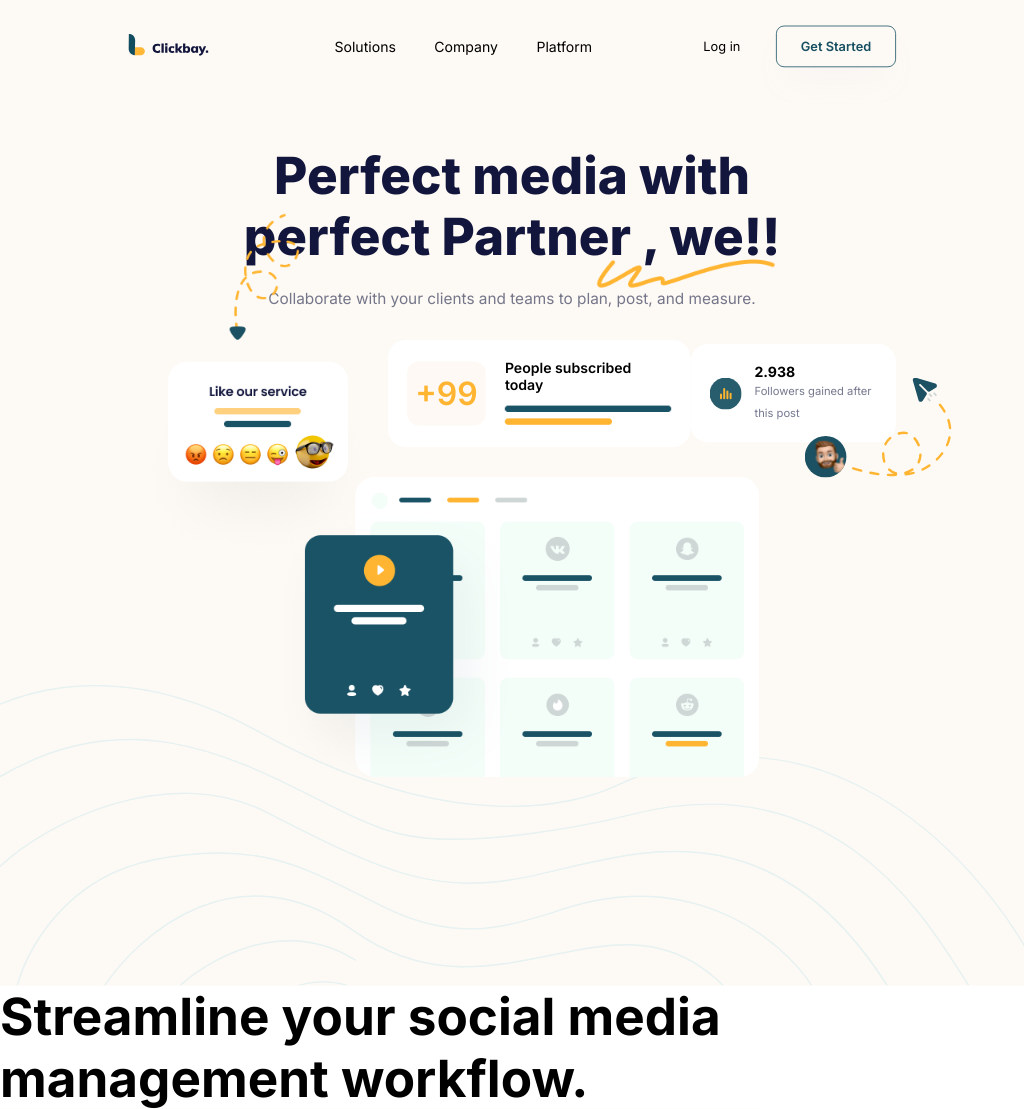
Repository: badhon252/Clickbay
Page: index.html
The author's editor kept a copy of each file at every save. The page is drawn from the files as they stood at one save, then again after the next save.
The browser window is 1280 px wide. The pictures show the whole page, at 80% of full size.
The style sheet was rebuilt from its Sass, Less or Tailwind sources for each picture, by a compiler version that may differ from the author's.

Above is the page before, as saved 2022-09-05 01:25:50.

### index.html
<!DOCTYPE html>
<html lang="en">

<head>
    <meta charset="UTF-8">
    <meta http-equiv="X-UA-Compatible" content="IE=edge">
    <meta name="viewport" content="width=device-width, initial-scale=1.0">
    <link rel="stylesheet" href="./scss/style.css">
    <title>Clickbay</title>
</head>

<body>
    <header class="">
        <img src="./images/Group 676.svg" alt="" class="header-img">
        <div class="container">


            <nav class="navbar">
                <div class="navbar_brand">
                    <img src="./images/logo.svg" alt="Image not found!">
                </div>

                <ul class="nav">
                    <li class="nav-items"><a href="" class="nav-links">Solutions</a></li>
                    <li class="nav-items"><a href="" class="nav-links">Company</a></li>
                    <li class="nav-items"><a href="" class="nav-links">Platform</a></li>
                </ul>

                <div class="nav-btns">
                    <button class="btn nav-log">Log in</button>
                    <button class="btn nav-start">Get Started</button>
                </div>
            </nav>

            <div class="header-content">
                <h1 class="h1 my-4 text-center">
                    Perfect media with <br> perfect Partner , we!!
                </h1>
                <img src="./images/Vector 735.png" alt="" class="signature text-center">
                <p class="text-center">Collaborate with your clients and teams to plan, post, and measure.</p>

                <div class="company-stat">
                    <div class="row">
                        <div class="col-md-4">
                            <img src="./images/Group 689.png" class="" alt="">
                        </div>
                        <div class="col-md-4 subscriber">
                            <span class="">+99</span>
                            <div>
                                <h2>People subscribed today</h2>
                                <img src="./images/Group 678.png" alt="">
                            </div>
                        </div>
                        <div class="col-md-4 follow">
                            <div class="follower">

                                <img src="./images/Group 1037.svg" alt="">
                                <div>
                                    <h3>2.938</h3>
                                    <p>Followers gained after this post</p>
                                </div>
                            </div>
                            <div class="following">
                                <img src="./images/Group 1041.svg" alt="">
                            </div>
                        </div>
                    </div>
                </div>

                <img src="./images/Group 933.png" alt="" class="group-933">

            </div>
        </div>
    </header>

    <section class="second_section">
        <h1 class="h1">
            Streamline your social media management <span> workflow.</span>
        </h1>
    </section>
</body>

</html>

### scss/style.scss
@import url("https://fonts.googleapis.com/css2?family=Inter:wght@400;600;700;800;900&display=swap");
* {
  margin: 0;
  padding: 0;
  box-sizing: border-box;
  font-family: "Inter", sans-serif;
  // font-family: 'Poppins';
}
.container {
  margin: 0 10rem;
}
.btn {
  outline: none;
  border: none;
  padding: 15px 30px;
  font-size: 1rem;
  background-color: transparent;
}
.h1 {
  font-size: 4rem;
}
.text-center {
  text-align: center;
}
// margin
.my-1 {
  margin: 1rem 0;
}
.my-2 {
  margin: 2rem 0;
}
.my-3 {
  margin: 3rem 0;
}
.my-4 {
  margin: 4rem 0;
}
.my-5 {
  margin: 5rem 0;
}

// grid system using flex
.row {
  display: flex;
  justify-content: space-evenly;
  align-items: center;
}
//==============================
//===================
//==============================

header {
  background-color: #fdf9f4;
  min-height: 100vh;
  position: relative;
  overflow: hidden;

  .header-img {
    position: absolute;
    bottom: 0;
    right: 0;
    z-index: 1;
    width: 100%;
  }
  .navbar {
    color: #282b4d;
    padding: 2rem 0;
    display: flex;
    justify-content: space-between;
    align-items: center;
    font-weight: 500;
    .nav {
      display: flex;
      .nav-items {
        margin-left: 3rem;
        list-style-type: none;
        .nav-links {
          text-decoration: none;
          color: black;
          font-size: 1.1rem;
          font-weight: 500;
        }
      }
    }

    .nav-start {
      border: 1px solid #1a5365;
      box-shadow: 0px 25px 35px -20px rgba(232, 236, 243, 0.5);
      border-radius: 10px;
      color: #154f61;
      font-weight: 600;
      margin-left: 10px;
    }
  }

  .header-content {
    .h1 {
      font-weight: 800;
      margin-bottom: -0.6rem;
      color: #12163c;
    }
    .signature {
      display: block;
      margin: 0 auto;
      transform: translateX(217px);
    }
    p {
      font-size: 1.2rem;
      font-weight: 500;
      line-height: 27px;
      color: #12163c94;
    }

    .company-stat {
      transform: translateY(-120px);
      .subscriber {
        display: flex;
        align-items: center;
        background-color: #fff;
        padding: 1.5rem;
        border-radius: 22px;
        span {
          font-weight: 600;
          font-size: 40px;
          line-height: 60px;
          background-color: #fef9f4;
          color: #ffb531;
          padding: 10px;
          border-radius: 15px;
          margin-right: 1.5rem;
        }
        h2 {
          font-size: 1.1rem;
          font-weight: 600;
          padding-bottom: 1rem;
        }
      }

      .follow {
        position: relative;
        z-index: 11;

        .follower {
          display: flex;
          align-items: center;
          background-color: #fff;
          padding: 1.5rem;
          border-radius: 22px;
          img {
            padding-right: 1rem;
          }
          h3 {
            font-size: 1.1rem;
          }
          p {
            font-size: 14px;
          }
        }
        .following {
          position: absolute;
          top: 42px;
          right: -70px;
        }
      }
    }

    .group-933 {
      position: relative;
      margin: 0 auto;
      top: -240px;
      display: block;
      z-index: 9999;
    }
  }
}

After the next save:
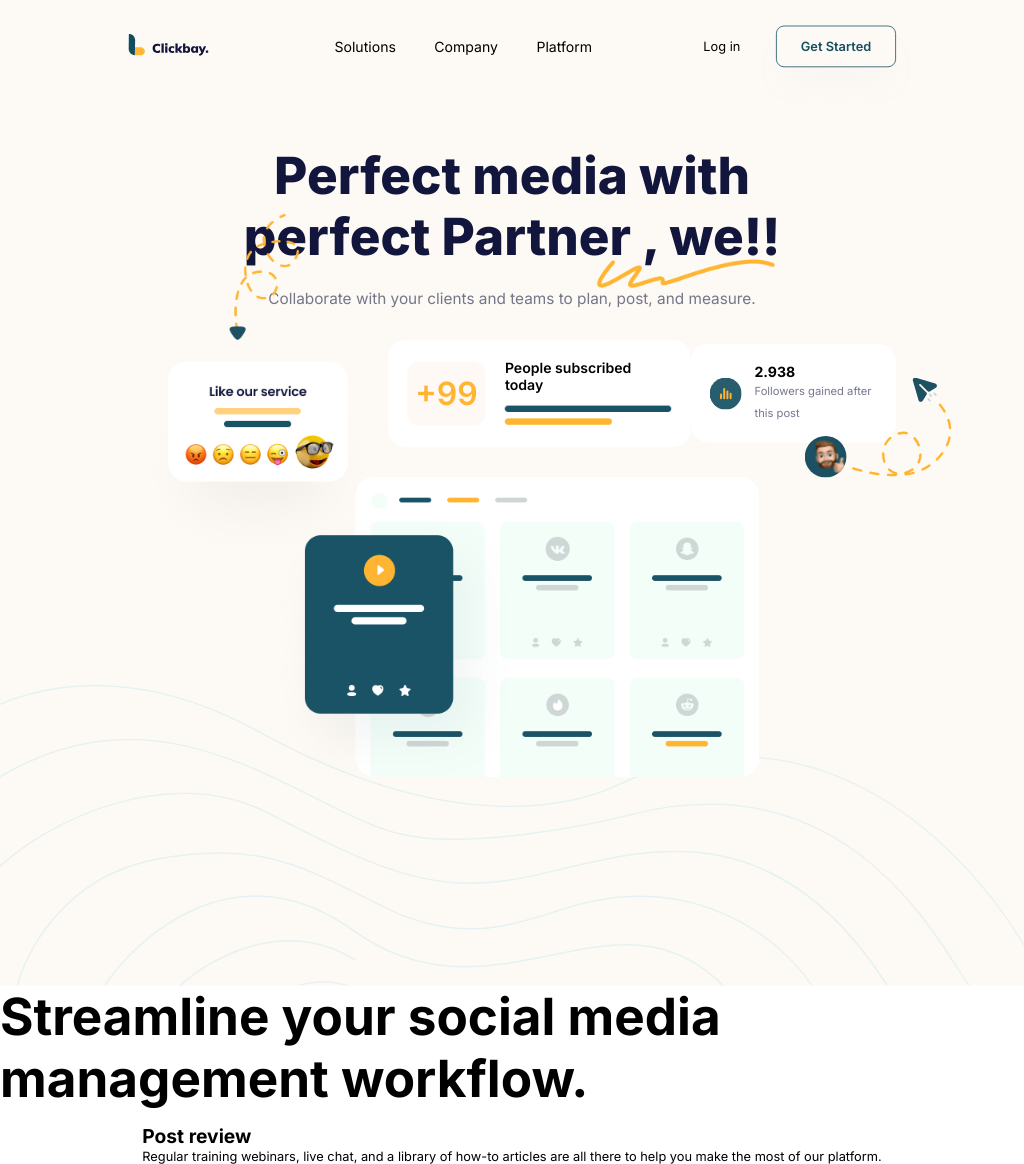
Saved 10 min 24 s later.
--- a/index.html
+++ b/index.html
@@ -77,6 +77,15 @@
         <h1 class="h1">
             Streamline your social media management <span> workflow.</span>
         </h1>
+        <div class="row">
+            <div class="card">
+                <img src="" alt="">
+                <h2>Post review</h2>
+                <p>Regular training webinars, live chat, and a library of how-to articles are all there to help you make
+                    the most of our
+                    platform.</p>
+            </div>
+        </div>
     </section>
 </body>
 
